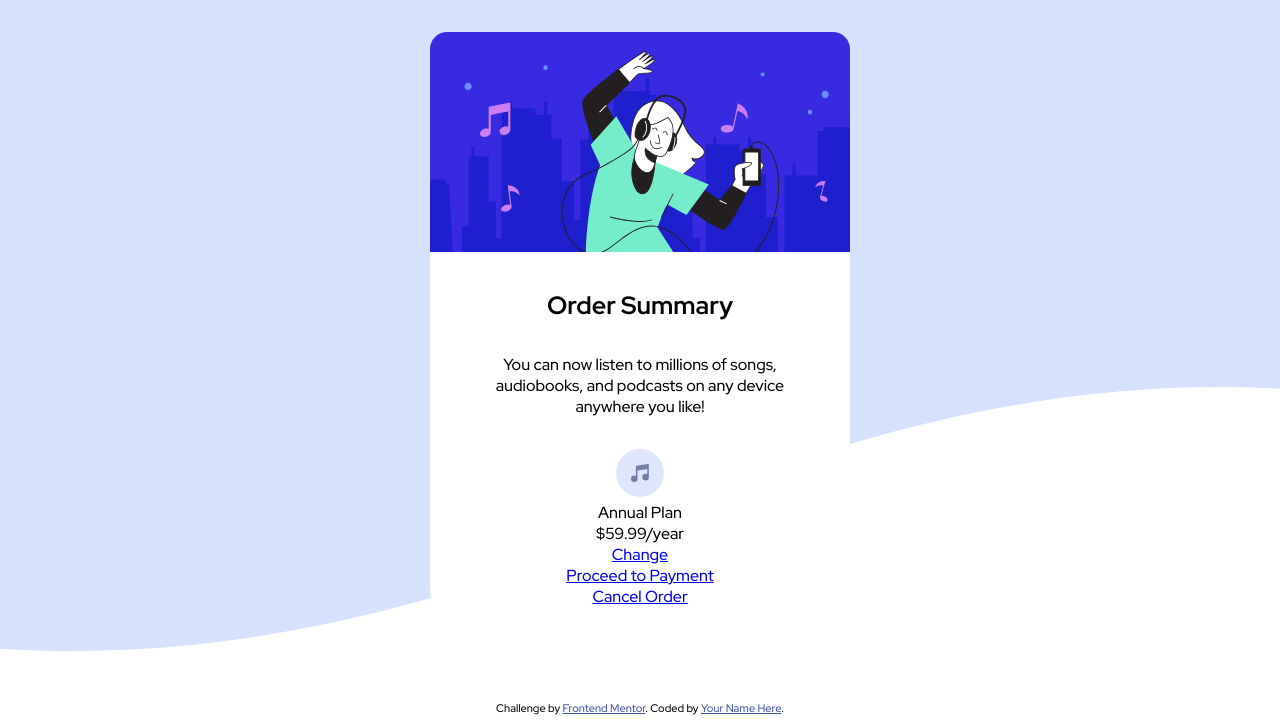
Repository: DejV44/order-summary-frontend
Page: index.html
The author's editor kept a copy of each file at every save. The page is drawn from the files as they stood at one save, then again after the next save.
The browser window is 1280 px wide. The pictures show the whole page.
The style sheet was rebuilt from its Sass, Less or Tailwind sources for each picture, by a compiler version that may differ from the author's.

Above is the page before, as saved 2021-08-12 21:08:02.

### index.html
<!DOCTYPE html>
<html lang="en">
<head>
  <meta charset="UTF-8">
  <meta name="viewport" content="width=device-width, initial-scale=1.0">
  <link rel="stylesheet" href="css/style.css">

  <link rel="icon" type="image/png" sizes="32x32" href="./images/favicon-32x32.png">

  <title>Frontend Mentor | Order summary card</title>

</head>
<body>
  <div class="container">
    <div class="backgr">
      <img src="/images/illustration-hero.svg" alt="hero">
    </div>
    <div class="content">
      <h1>Order Summary</h1>
      <p>You can now listen to millions of songs, audiobooks, and podcasts on any
      device anywhere you like!</p>
    </div>
    <div class="price_container">
      <div class="annual">
        <img src="/images/icon-music.svg" alt="music">
        <p>Annual Plan</p>
        <p>$59.99/year</p>
      </div>
      <a href="#">Change</a>
    </div>
    <div class="button">
      <a href="#">Proceed to Payment</a>
    </div>
    <div class="cancel_button">
      <a href="#">Cancel Order</a>
    </div>

  </div>

  <div class="attribution">
    Challenge by <a href="https://www.frontendmentor.io?ref=challenge" target="_blank">Frontend Mentor</a>.
    Coded by <a href="#">Your Name Here</a>.
  </div>
</body>
</html>

### css/style.scss
* {
    margin: 0;
    padding: 0;
}
@import url('https://fonts.googleapis.com/css2?family=Red+Hat+Display:wght@500;700;900&display=swap');
@import "variables";
@import "mixins";

body {
    @include body;
    @include fonts;
}

.container {
    @include container;
    @include border;

}
.attribution {
    @include attribution;
}

.content {
    @include content;
}

### css/_variables.scss
// ---COLORS--

$Paleblue: hsl(225, 100%, 94%);
$Brightblue: hsl(245, 75%, 52%);
$VeryPaleBlue: hsl(225, 100%, 98%);
$Desaturatedblue: hsl(224, 41%, 36%);
$DarkBlue: hsl(223, 47%, 23%);

### css/_mixins.scss
@mixin fonts {
    font-family: 'Red Hat Display', sans-serif;
}

@mixin backgroundMob {
    background: url(/images/pattern-background-mobile.svg);
    background-repeat: no-repeat;
    background-size: cover;
    background-position: center;
}

@mixin container {
    max-width: 420px;
    margin: 0 auto;
    text-align: center;

    overflow: hidden;
    @include fonts;
    background: white;
}

@mixin border {
    border-radius: 17px;

}

@mixin attribution {
    position: fixed;
    bottom: 5px;
    font-size: 11px; text-align: center;
    a {
        color: hsl(228, 45%, 44%);
    }
}

@mixin body {
    @include backgroundMob;
    display: flex;
    justify-content: center;
    align-items: center;
    margin: 2rem auto;
}

@mixin content {
    padding: 2rem;

    h1 {
        font-size: 25px;
        padding-bottom: 2rem;
    }
}

After the next save:
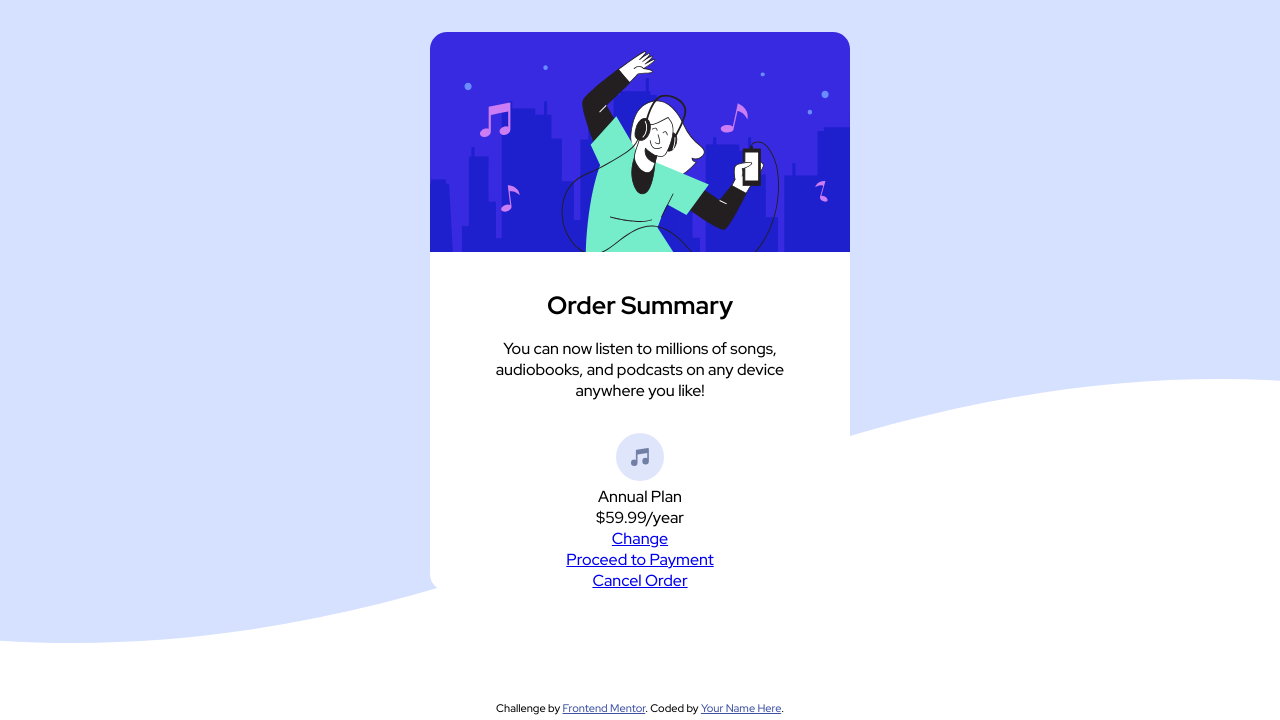
Saved 7 s later.
--- a/css/_mixins.scss
+++ b/css/_mixins.scss
@@ -46,6 +46,6 @@
 
     h1 {
         font-size: 25px;
-        padding-bottom: 2rem;
+        padding-bottom: 1rem;
     }
 }
